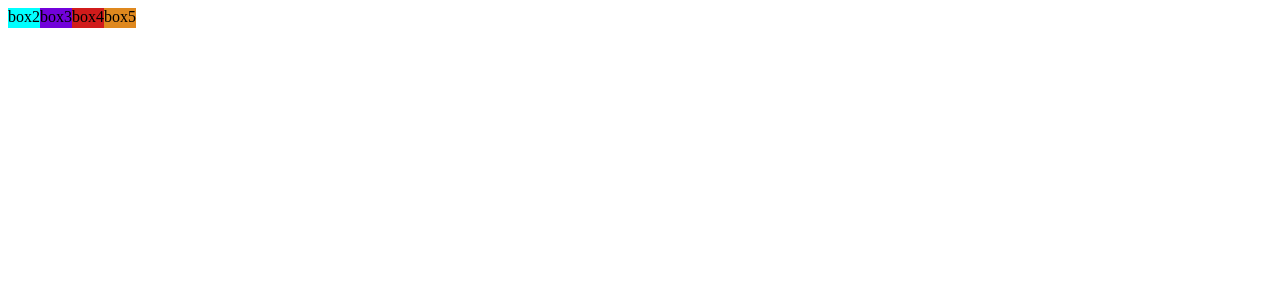
Repository: ABDUSALIMSUBAHIELBASHI/full-html-css-js
Page: Desktop/coding/css/indexday2.html
An editor plug-in stored every save of this project. The page is shown before and after the next save, followed by the edit.
The browser window is 1280 px wide. The pictures show the whole page.

Above is the page before, as saved 2025-09-16 10:31:30.

After the next save:
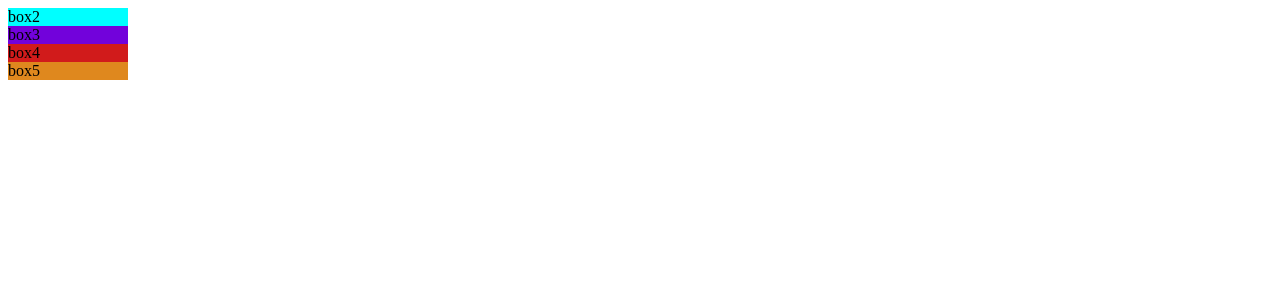
Saved 2 min 21 s later.
--- a/Desktop/coding/css/indexday2.html
+++ b/Desktop/coding/css/indexday2.html
@@ -10,7 +10,7 @@
 </head>
 
 <body>
-<div id="" class="contact"#>
+<div id="box" class="container">
 
 
     <div id="box2" class="box2">box2</div>
